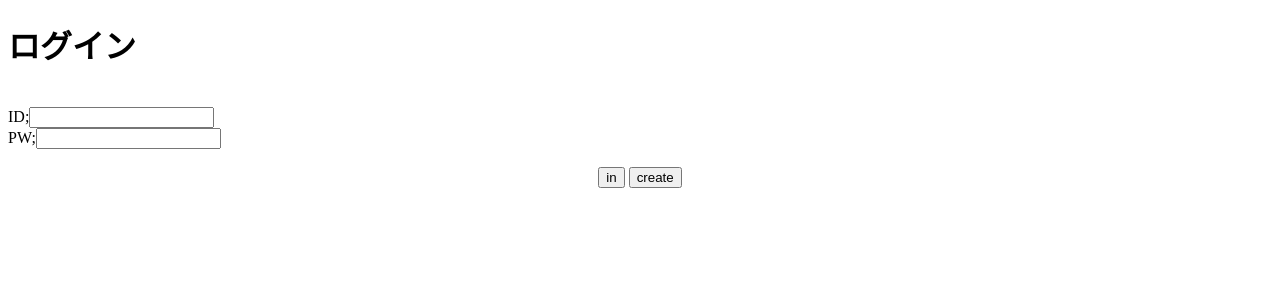
Repository: s-Zenya/SD-2017
Page: eclipse/Family/WebContent/WEB-INF/personalLogin/personalLogin.html
The author's editor kept a copy of each file at every save. The page is drawn from the files as they stood at one save, then again after the next save.
The browser window is 1280 px wide. The pictures show the whole page.

Above is the page before, as saved 2017-09-29 02:29:24.

After the next save:
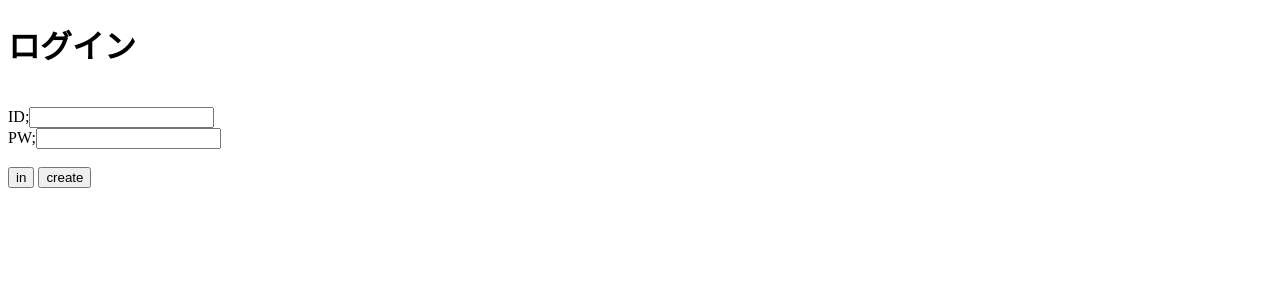
Saved 8 min 53 s later.
--- a/eclipse/Family/WebContent/WEB-INF/personalLogin/personalLogin.html
+++ b/eclipse/Family/WebContent/WEB-INF/personalLogin/personalLogin.html
@@ -5,12 +5,13 @@
 <title>個人ログイン画面</title>
 </head>
 <body>
-		<h1>ログイン</h1><br>
+	<h1>ログイン</h1>
+	<br>
 		ID;<input type="text" name="id"><br>
 		PW;<input type="text" name="pw"><br>
-	<center><br>
+	<br>
 		<input type="submit" value="in">
 		<input type="button" value="create"> <!-- ボタンでリンクを飛ばす方法 -->
-	<center>
+
 </body>
 </html>
